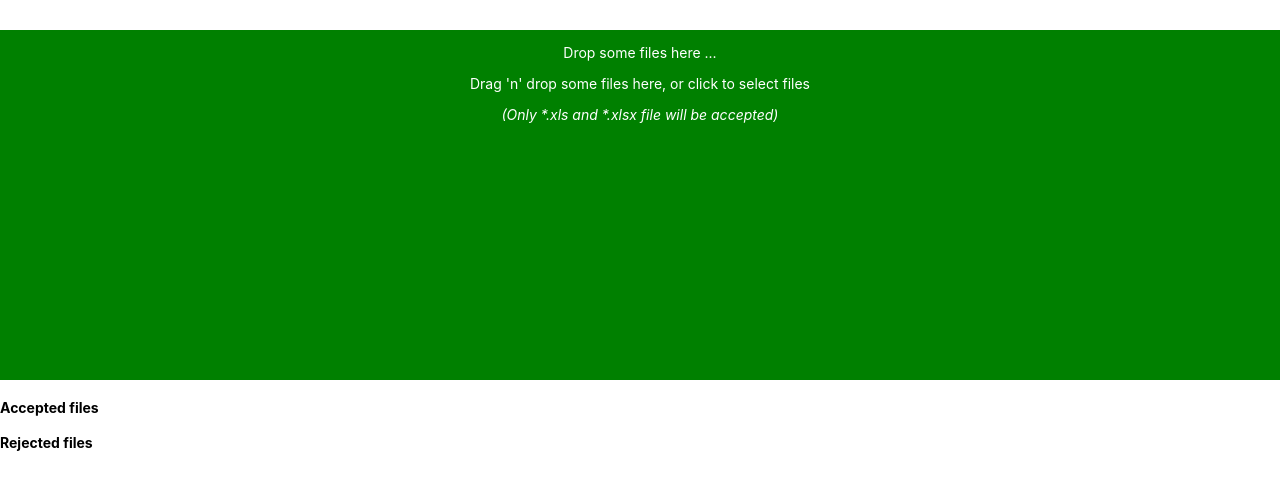
Repository: enigmawxy/abi2020
Page: /
An editor plug-in stored every save of this project. The page is shown before and after the next save, followed by the edit.
The browser window is 1280 px wide. The pictures show the whole page.
The page's requests for data from a server got no answer. The project was rebuilt for these pictures with package versions that can differ from the ones it lists, and the page was loaded fresh each time. No one was signed in, and anything a server would have sent is missing. Also part of the build but not shown: src/components/login/login.scss, src/components/login/login.jsx, src/common/header.scss, src/common/header.jsx, src/common/footer.scss, src/common/footer.jsx, src/components/register/content.scss, src/components/register/content.jsx and 3 more.

Above is the page before, as saved 2020-08-19 10:50:37.

### src/App.js
import React from 'react';
import './App.css';
import Login from './components/login/login'
import Register from './components/register/register';
import Accept from './common/Accept';
import Previews from './common/Previews'

function App() {
  return (
    <div className="App">
      <Accept/>
    </div>
  );
}

export default App;

### src/common/Accept.jsx
import React, { useState, useEffect } from 'react';
import {useDropzone} from 'react-dropzone';
import './Accept.scss'

function Accept(props) {
  const [curr, setFile] = useState('')
  const [currFile, setCurrFile] = useState(null)

  const {
    acceptedFiles,
    fileRejections,
    getRootProps,
    getInputProps,
    isDragActive,
    isDragAccept,
    isDragReject
  } = useDropzone({
    accept: ".csv,application/vnd.ms-excel,application/vnd.openxmlformats-officedocument.spreadsheetml.sheet"
  });

  useEffect(()=>{
    console.log(curr, currFile)
    let serverURL = "http://localhost:9093/manage/bi/uploadExcelTest"
    const xhr = new XMLHttpRequest();
    const fd = new FormData();
    xhr.onreadystatechange = function() {
      if (xhr.readyState === 4 && xhr.status === 200) {
          console.log(xhr.responseText)
      }
    };

    xhr.upload.addEventListener("progress", function(event) {
      if(event.lengthComputable){
          //setProgress(Math.ceil(event.loaded * 100 / event.total) + "%")
      }
    }, false);

    fd.append("file", currFile);
    xhr.open("POST", serverURL, true);
    xhr.send(fd);
  }, [curr])

  const acceptedFileItems = acceptedFiles.map(file => {
    // 上传文件, 下面几行代码是为了解决重复上传的问题，因为拖拽时
    // 这个功能不断被调用，文件都是同一个文件所以使用这两个变量来实现
    // 文件上传的动作在useEffect副作用中执行。
    if(curr == '') {
      setFile(file.name)
      setCurrFile(file)
    }
    else {
      if(curr !== file.name) {
        setFile(file.name)
        setCurrFile(file)
      }
    }

    return (
      <li key={file.path}>
        {file.path} - {file.size} bytes
      </li>
    )
  });

  const fileRejectionItems = fileRejections.map(({ file, errors }) => {
    console.log(file);
    return (
      <li key={file.path}>
        {file.path} - {file.size} bytes
        <ul>
          {errors.map(e => (
            <li key={e.code}>{e.message}</li>
          ))}
        </ul>
      </li>
  )});

  return (
    <section className="container">
      <div {...getRootProps({ className: 'dropzone' })}>
        <input {...getInputProps()} />
        {isDragAccept && (<p>All files will be accepted</p>)}
        {isDragReject && (<p>Some files will be rejected</p>)}
        {!isDragActive && (<p>Drop some files here ...</p>)}
        <p>Drag 'n' drop some files here, or click to select files</p>
        <em>(Only *.xls and *.xlsx file will be accepted)</em>
      </div>
      <aside>
        <h4>Accepted files</h4>
        <ul>{acceptedFileItems}</ul>
        <h4>Rejected files</h4>
        <ul>{fileRejectionItems}</ul>
      </aside>
    </section>
  );
}

export default Accept

### src/common/Accept.scss
.container {
    width: 100%;
    height: 100%;
    display: flex;
    flex-direction: column;
    .dropzone {
        height: 350px;
        margin-top: 30px;
        background: green;
        text-align: center;
        p, em {
            color: #fff;
        }
    }
    aside {
        flex: 1;
        background: #fff;
    }
}

.progress-bar {
    border: 1px solid #000;
    .progress {
        width: 0;
        background: #DEDEDE;
        height: 20px;
    }
}

Loaded but not shown: src/index.js (common file); src/index.css (common file); src/serviceWorker.js (common file); src/App.css (common file)

After the next save:
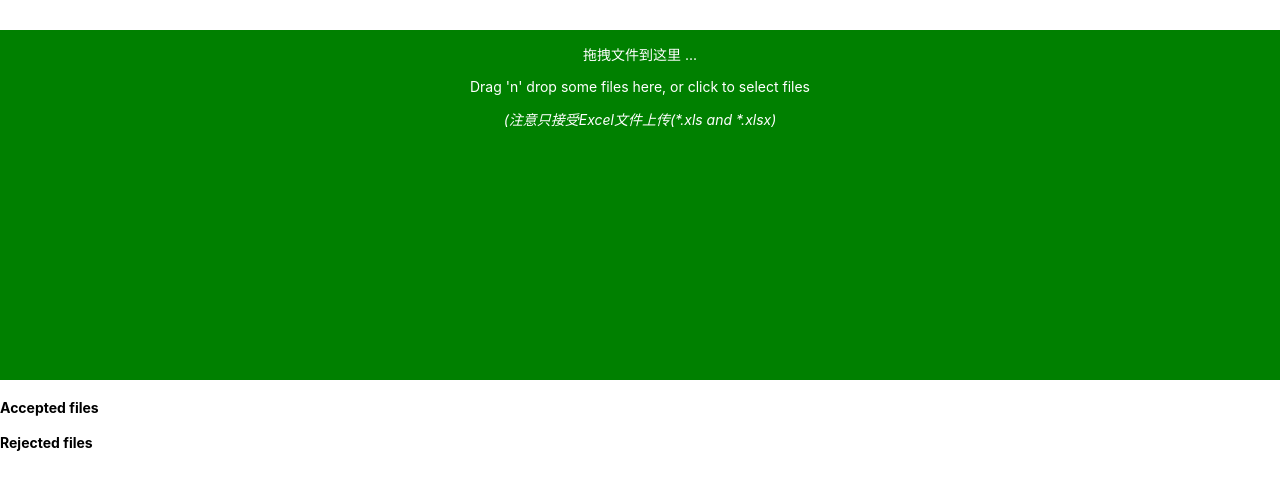
Saved 113 s later.
--- a/src/common/Accept.jsx
+++ b/src/common/Accept.jsx
@@ -79,11 +79,11 @@ function Accept(props) {
     <section className="container">
       <div {...getRootProps({ className: 'dropzone' })}>
         <input {...getInputProps()} />
-        {isDragAccept && (<p>All files will be accepted</p>)}
-        {isDragReject && (<p>Some files will be rejected</p>)}
-        {!isDragActive && (<p>Drop some files here ...</p>)}
+        {isDragAccept && (<p>文件被接受</p>)}
+        {isDragReject && (<p>文件被拒收</p>)}
+        {!isDragActive && (<p>拖拽文件到这里 ...</p>)}
         <p>Drag 'n' drop some files here, or click to select files</p>
-        <em>(Only *.xls and *.xlsx file will be accepted)</em>
+        <em>(注意只接受Excel文件上传(*.xls and *.xlsx)</em>
       </div>
       <aside>
         <h4>Accepted files</h4>
